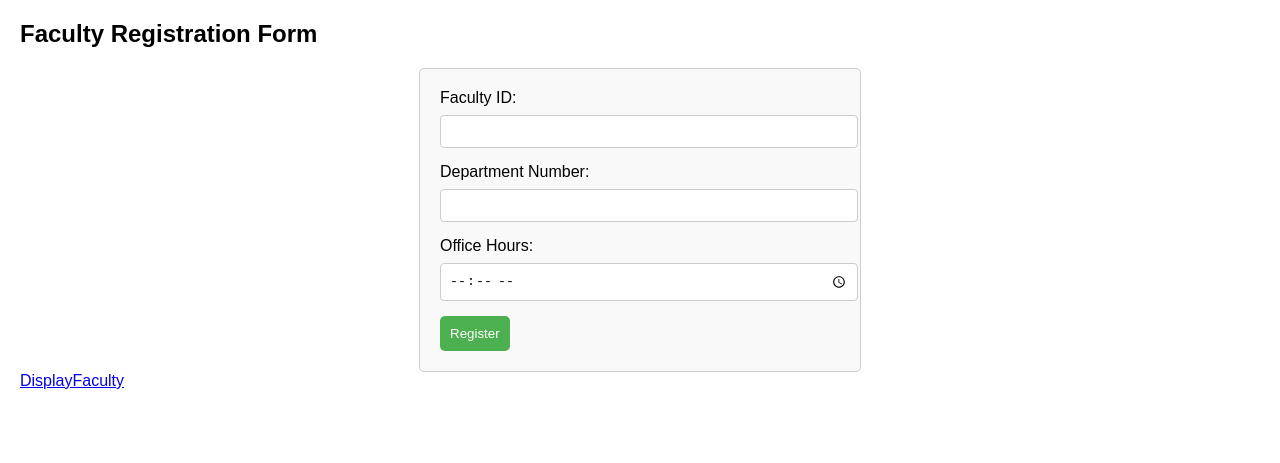
Repository: LokeshGundrathi/AssignmentLeucine
Page: AssignmentProjectLeucine/src/main/webapp/FacultyRegistrationForm.html
An editor plug-in stored every save of this project. The page is shown before and after the next save, followed by the edit.
The browser window is 1280 px wide. The pictures show the whole page.

Above is the page before, as saved 2024-09-27 19:53:23.

After the next save:
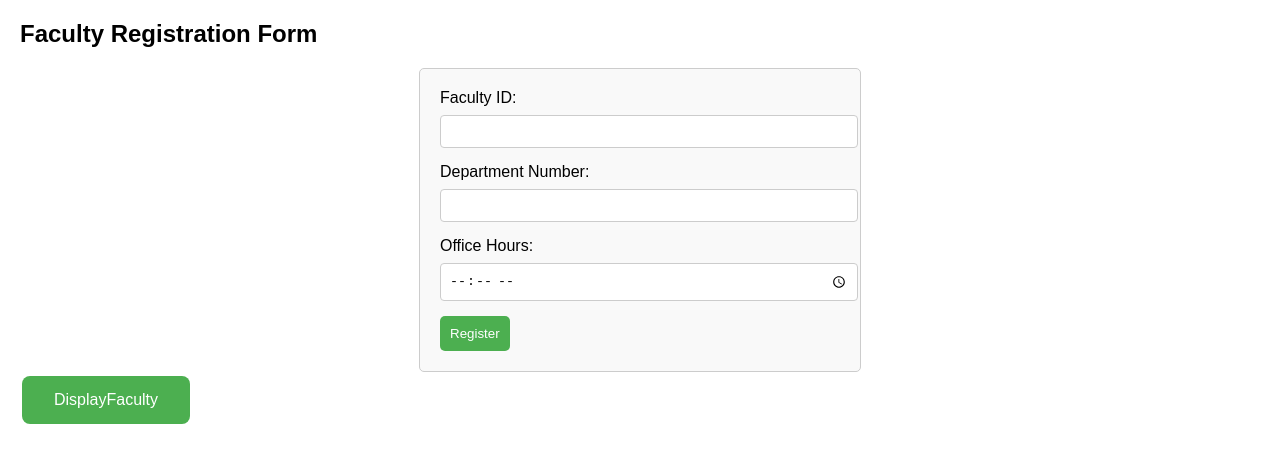
Saved 6 min 18 s later.
--- a/AssignmentProjectLeucine/src/main/webapp/FacultyRegistrationForm.html
+++ b/AssignmentProjectLeucine/src/main/webapp/FacultyRegistrationForm.html
@@ -74,6 +74,6 @@
 
     <input type="submit" value="Register">
 </form>
-<a href="DispalyFaculty.jsp"> DisplayFaculty</a>
+<a href="DisplayFaculty.jsp" class="button"> DisplayFaculty</a>
 </body>
 </html>
